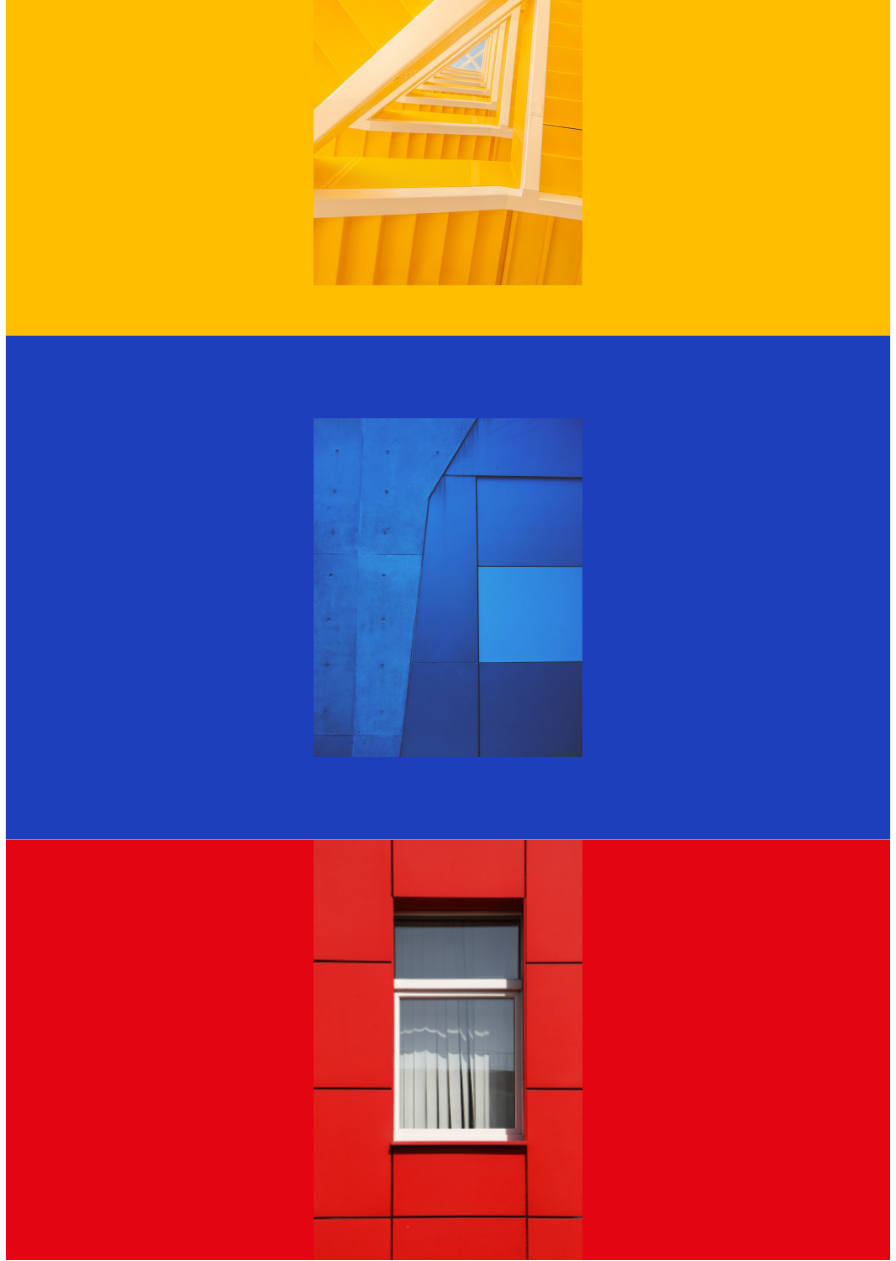
Repository: chelle-c/smooth-scroll-colours
Page: /
The author's editor kept a copy of each file at every save. The page is drawn from the files as they stood at one save, then again after the next save.
The browser window is 1280 px wide. The pictures show the part of the page from y = 1688 to 3608 px (the page is 3489 px tall before and 3608 px after), at 70% of full size.
The project was rebuilt for these pictures with package versions that can differ from the ones it lists, and the page was loaded fresh each time. Imported but missing from the stored project, and not drawn on this page: images.

Above is the page before, as saved 2022-09-19 19:10:11.

After the next save:
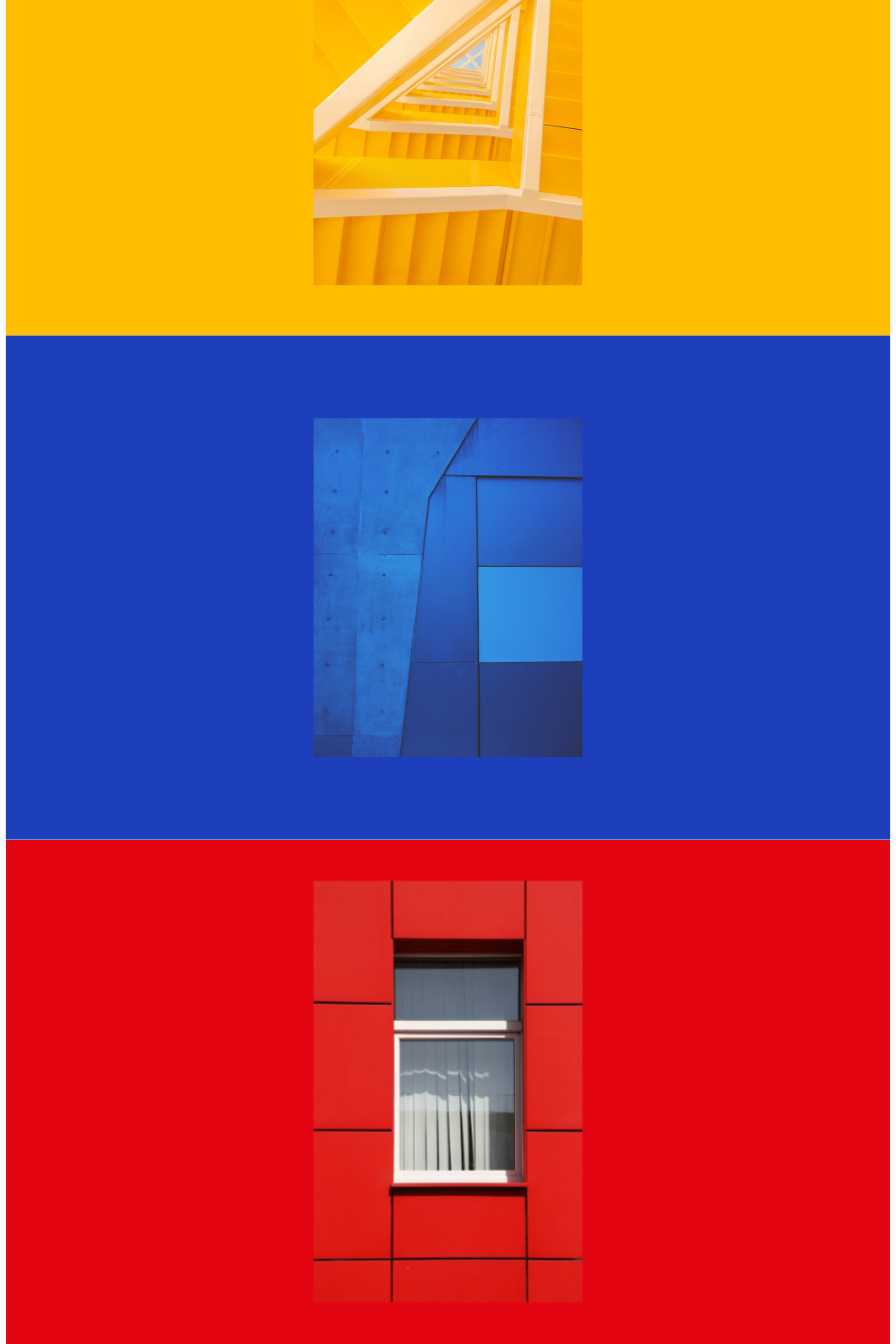
Saved 90 s later.
--- a/src/App.svelte
+++ b/src/App.svelte
@@ -82,7 +82,7 @@
 
 	<section
 		id="section1"
-		class="relative min-w-full min-h-full flex justify-center items-center snap-start"
+		class="relative min-w-full min-h-screen flex justify-center items-center snap-start"
 	>
 		<div class="container-sm flex">
 			<img
